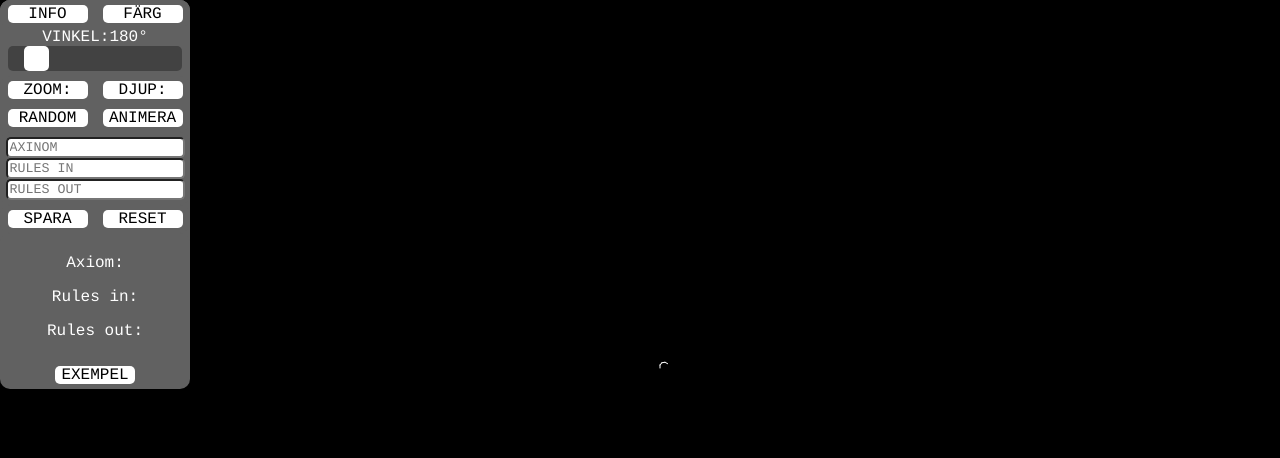
Repository: Gabrielw123/Fraktalgenerator
Page: fraktaler/test/index.html
These files come from the project's save history. The page is drawn as it stood at one moment and after the next save; the edit follows.
The browser window is 1280 px wide. The pictures show the whole page.
Some web libraries are served in a nearby version.

Above is the page before, as saved 2022-01-13 09:52:59.

### fraktaler/test/index.html
<!DOCTYPE html>
<html lang="en">
  <head>
    <meta charset="UTF-8" />
    <meta http-equiv="X-UA-Compatible" content="IE=edge" />
    <meta name="viewport" content="width=device-width, initial-scale=1.0" />
    <link rel="stylesheet" href="style.css" />
    <title>Fraktal Generator</title>
    <script src="https://cdn.jsdelivr.net/npm/p5@1.0.0/lib/p5.js"></script>
    <!--fading-->
    <script
      src="http://ajax.googleapis.com/ajax/libs/jquery/1.7.1/jquery.min.js"
      type="text/javascript"
    ></script>
  </head>
  <body>
    <!--Skapa en canvas-->
    <canvas id="canvas"></canvas>

    <div class="kontroller">
      <div
        onmousedown="return false"
        onselectstart="return false"
        class="grid-container1"
      >
        <div class="grid-item">
          <a class="knappgöm" id="gömknapp" onClick="action();">⏤⏤⏤⏤⏤</a>
        </div>
      </div>
      <div class="menu">
        <div
          onmousedown="return false"
          onselectstart="return false"
          class="grid-container"
          id="göm1"
        >
          <div class="grid-item">
            <a class="knapp" id="infoknapp">INFO</a>
          </div>
          <div class="grid-item">
            <a class="knapp" id="colorknapp" onclick="color();">FÄRG</a>
          </div>
        </div>
        <!--slider vinkel-->
        <div class="slider-container" id="göm2">
          <a onmousedown="return false" onselectstart="return false"
            >VINKEL:<span id="vinkel-out"></span>&deg;</a
          >
          <input type="range" min="0" max="360" class="slider" id="vinkel" />
        </div>

        <div
          onmousedown="return false"
          onselectstart="return false"
          class="grid-container"
          id="göm3"
        >
          <div class="grid-item">
            <a class="knapp" id="längdknapp"
              >ZOOM:<span id="segment_n"></span
            ></a>
          </div>
          <div class="grid-item">
            <a class="knapp" id="djupknapp"
              >DJUP:<span id="generation-out"></span
            ></a>
          </div>

          <div class="grid-item">
            <a class="knapp" id="randomknapp" onclick="random();">RANDOM</a>
          </div>
          <div class="grid-item">
            <a class="knapp" id="animeraknapp" onclick="animera();">ANIMERA</a>
          </div>
        </div>

        <div class="grid-container1" id="göm4">
          <div class="grid-item">
            <input
              style="font-family: courier"
              class="input"
              type="text"
              placeholder="AXINOM"
              id="axiom"
            />
            <input
              style="font-family: courier"
              class="input"
              type="text"
              placeholder="RULES IN"
              id="rules1"
            />
            <input
              style="font-family: courier"
              class="input"
              type="text"
              placeholder="RULES OUT"
              id="rules2"
            />
          </div>
        </div>
        <div
          onmousedown="return false"
          onselectstart="return false"
          class="grid-container"
          id="göm5"
        >
          <div class="grid-item">
            <a class="knapp" id="btn">SPARA</a>
          </div>
          <div class="grid-item">
            <a class="knapp" id="resetknapp" onclick="reset();">RESET</a>
          </div>
        </div>
        <div class="grid-container1" id="göm6">
          <div class="grid-item">
            <p>Axiom:<span id="axiom-out"></span></p>
            <p>Rules in:<span id="rules1-out"></span></p>
            <p>Rules out:<span id="rules2-out"></span></p>
            <p></p>
          </div>
          <div class="grid-item">
            <a
              onmousedown="return false"
              onselectstart="return false"
              class="knapp"
              id="exempelknapp"
              onclick="example();"
              >EXEMPEL</a
            >
          </div>
        </div>

        <!--EXEMPEL-->

        <div
          onmousedown="return false"
          onselectstart="return false"
          class="grid-container"
          id="göm7"
        >
          <div class="grid-item">
            <a class="knappex" id="Board">Board</a>
          </div>
          <div class="grid-item">
            <a class="knappex" id="Crystal">Crystal</a>
          </div>
          <div class="grid-item">
            <a class="knappex" id="Dragon Curve">Dragon Curve</a>
          </div>
          <div class="grid-item">
            <a class="knappex" id="Hexagonal Gosper">Hexagonal Gosper</a>
          </div>
          <div class="grid-item">
            <a class="knappex" id="Kochcurve">Koch curve</a>
          </div>
          <div class="grid-item">
            <a class="knappex" id="Krishna Anklets">Krishna Anklets</a>
          </div>
          <div class="grid-item">
            <a class="knappex" id="Lévy curve">Lévy curve</a>
          </div>
          <div class="grid-item">
            <a class="knappex" id="L-System Bushes 1">L-System Bushes 1</a>
          </div>
          <div class="grid-item">
            <a class="knappex" id="L-System Bushes 2">L-System Bushes 2</a>
          </div>
          <div class="grid-item">
            <a class="knappex" id="Peano Curve">Peano Curve</a>
          </div>
          <div class="grid-item">
            <a class="knappex" id="Quadratic Snowflake">Quadratic Snowflake </a>
          </div>
          <div class="grid-item">
            <a class="knappex" id="Rings">Rings</a>
          </div>
          <div class="grid-item">
            <a class="knappex" id="Sierpinski Arrowhead"
              >Sierpinski Arrowhead</a
            >
          </div>
          <div class="grid-item">
            <a class="knappex" id="Sierpinskisquare">Sierpinski Square</a>
          </div>
          <div class="grid-item">
            <a class="knappex" id="Snowflake">Snowflake</a>
          </div>
          <div class="grid-item">
            <a class="knappex" id="Tiles">Tiles</a>
          </div>
          <div class="grid-item">
            <a class="knappex" id="Triangle">Triangle</a>
          </div>
          <div class="grid-item">
            <a class="knappex" id="Von Koch Snowflake">Von Koch Snowflake</a>
          </div>
        </div>
      </div>
    </div>
    <!--Script-->
    <script src="bruh.js">
      example();
            fraktal.update();
    </script>
  </body>
</html>

### fraktaler/test/style.css
body {
  font-family: "courier", monospace;
  background-color: black;
  color: white;
  text-align: center;
}

.menu {
  background: rgba(97, 97, 97, 1);
  width: 190px;
  height: 50%;
  margin: auto;
  border-radius: 10px;
  position: fixed;
  top: 0%;
  left: 0%;
  right: 100%;
}
.input {
  width: 90%;
  border-radius: 5px;
}
#color {
  color: red;
}
.kontroller {
  background: rgba(97, 97, 97, 0);
  width: 190px;
  height: 180px;
  margin: auto;
  border-radius: 10px;
  position: fixed;
  top: 0%;
  left: 0%;
  right: 100%;
}
.grid-container {
  border-radius: 10px;
  background: rgba(97, 97, 97, 1);
  display: grid;
  grid-template-columns: auto auto;
}

.grid-container1 {
  border-radius: 10px;
  background: rgba(97, 97, 97, 1);
  display: grid;
  grid-template-columns: auto;
}
.grid-item {
  text-align: center;
  margin: auto;
  padding-top: 5px;
  padding-bottom: 5px;
}
.grid-item1 {
  text-align: center;
  margin: auto;
  padding-top: 5px;
  padding-bottom: 5px;
  width: 300px;
}
#axiom-out {
  text-align: left;
}
.slider-container {
  display: grid;
  grid-template-columns: auto;
  width: 92%;
  margin: auto;
  padding-bottom: 5px;
}
.slider {
  -webkit-appearance: none;
  width: 100%;
  height: 25px;
  background: #424242;
  outline: none;
  margin: auto;
  -webkit-transition: 0.2s;
  transition: opacity 0.2s;
  border-radius: 5px;
}

.slider:hover {
  background: #262626;
}

.slider::-webkit-slider-thumb {
  -webkit-appearance: none;
  appearance: none;
  width: 25px;
  height: 25px;
  background: #ffffff;
  cursor: pointer;
  border-radius: 5px;
}

.slider::-moz-range-thumb {
  width: 25px;
  height: 25px;
  background: #04aa6d;
  cursor: pointer;
}

a.knapp {
  display: block;
  background: white;
  color: black;
  width: 80px;
  cursor: pointer;
  border-radius: 5px;
}
a.knapp:hover {
  background: #424242;
  border-radius: 5px;
}

#canvas {
  position: fixed;
  top: 0px;
  left: 0px;
  z-index: -1;
}

a.knappon {
  display: block;
  width: 80px;
  background: #444444;
  color: #ffffff;
  cursor: pointer;
  border-radius: 5px;
}
a.knappex {
  display: block;
  background: white;
  color: black;
  width: 85px;
  cursor: pointer;
  font-size: 15px;
  height: 35px;
  border-radius: 5px;
  text-align: auto;
}
a.knappex:hover {
  background: #424242;
  border-radius: 5px;
}
.span {
  width: 500px;
}
.knappgöm {
  display: block;
  background: black;
  color: white;
  width: 85px;
  height: 20px;
  cursor: pointer;
  font-size: 15px;
  border-radius: 5px;
}
a.knappgöm:hover {
  background: #424242;
  border-radius: 5px;
}

Loaded but not shown: fraktaler/test/bruh.js (762 lines, source omitted)

After the next save:
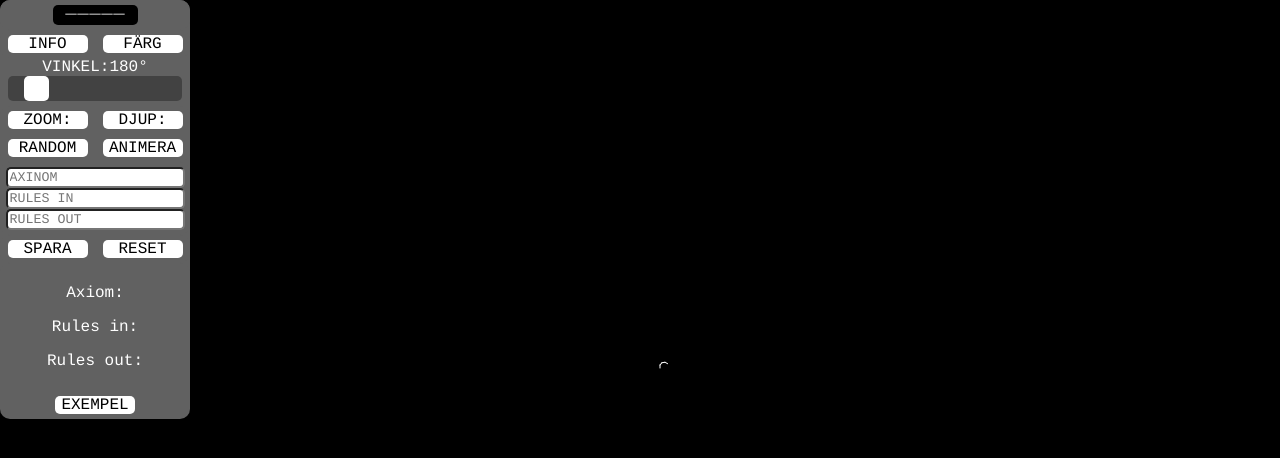
Saved 44 s later.
--- a/fraktaler/test/index.html
+++ b/fraktaler/test/index.html
@@ -16,18 +16,18 @@
   <body>
     <!--Skapa en canvas-->
     <canvas id="canvas"></canvas>
-
-    <div class="kontroller">
-      <div
-        onmousedown="return false"
-        onselectstart="return false"
-        class="grid-container1"
-      >
-        <div class="grid-item">
-          <a class="knappgöm" id="gömknapp" onClick="action();">⏤⏤⏤⏤⏤</a>
-        </div>
-      </div>
-      <div class="menu">
+    <div class="menu">
+      <div class="kontroller">
+        <div
+          onmousedown="return false"
+          onselectstart="return false"
+          class="grid-container1"
+        >
+          <div class="grid-item">
+            <a class="knappgöm" id="gömknapp" onClick="action();">⏤⏤⏤⏤⏤</a>
+          </div>
+        </div>
+
         <div
           onmousedown="return false"
           onselectstart="return false"
